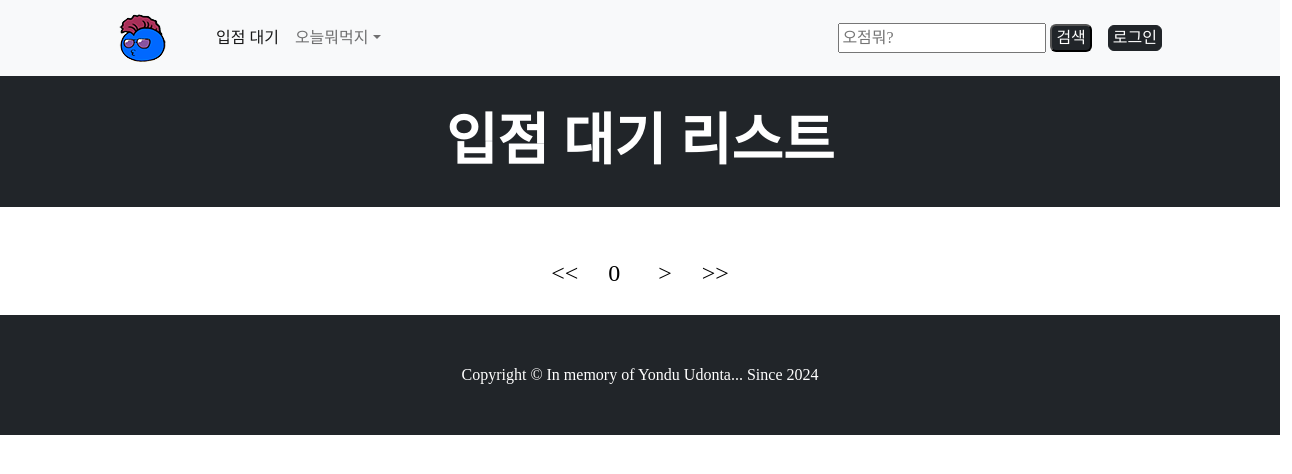
Repository: ashwan94/ydzone
Page: http://localhost/YonduZone/restaurant/vote
The author's editor kept a copy of each file at every save. The page is drawn from the files as they stood at one save, then again after a run of saves.
The browser window is 1280 px wide. The page is 1292 px wide, so the pictures cover 1292 px, including what lies to the right of the window. The pictures show the whole page.
Some web fonts or font styles are not loaded; a fallback is used. The page is served by Tomcat 9.

Above is the page before, as saved 2024-05-01 22:54:37.

After the next 2 saves:
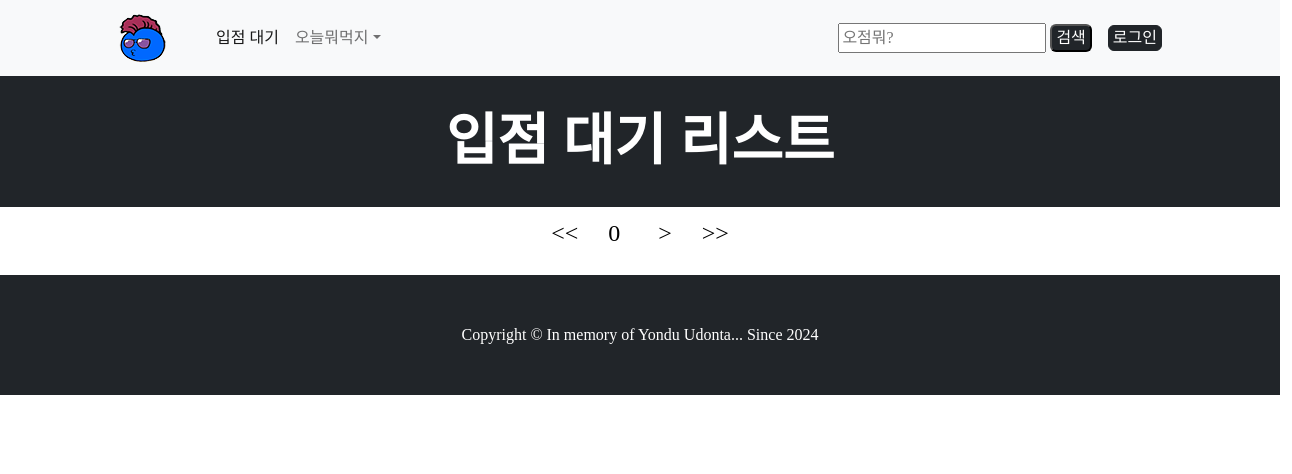
The 2 saves are shown as one change because they came seconds apart.
The last was saved 8 s later.
--- a/YonduZone/src/main/webapp/WEB-INF/views/restaurant/stanby.jsp
+++ b/YonduZone/src/main/webapp/WEB-INF/views/restaurant/stanby.jsp
@@ -150,7 +150,7 @@
 
 <div class="row mb-3 text-center fs-4">
 <div class="col-4"></div>
-<div class="col-4 mt-5 mb-2">
+<div class="col-4 mt-2 mb-2">
 <!-- 페이지 링크 -->
 <a href="/restaurant/stanby?currentPageNo=1" class="mx-2">&lt;&lt;</a>
 <c:if test="${pagination.currentPageNo > 1 }">
